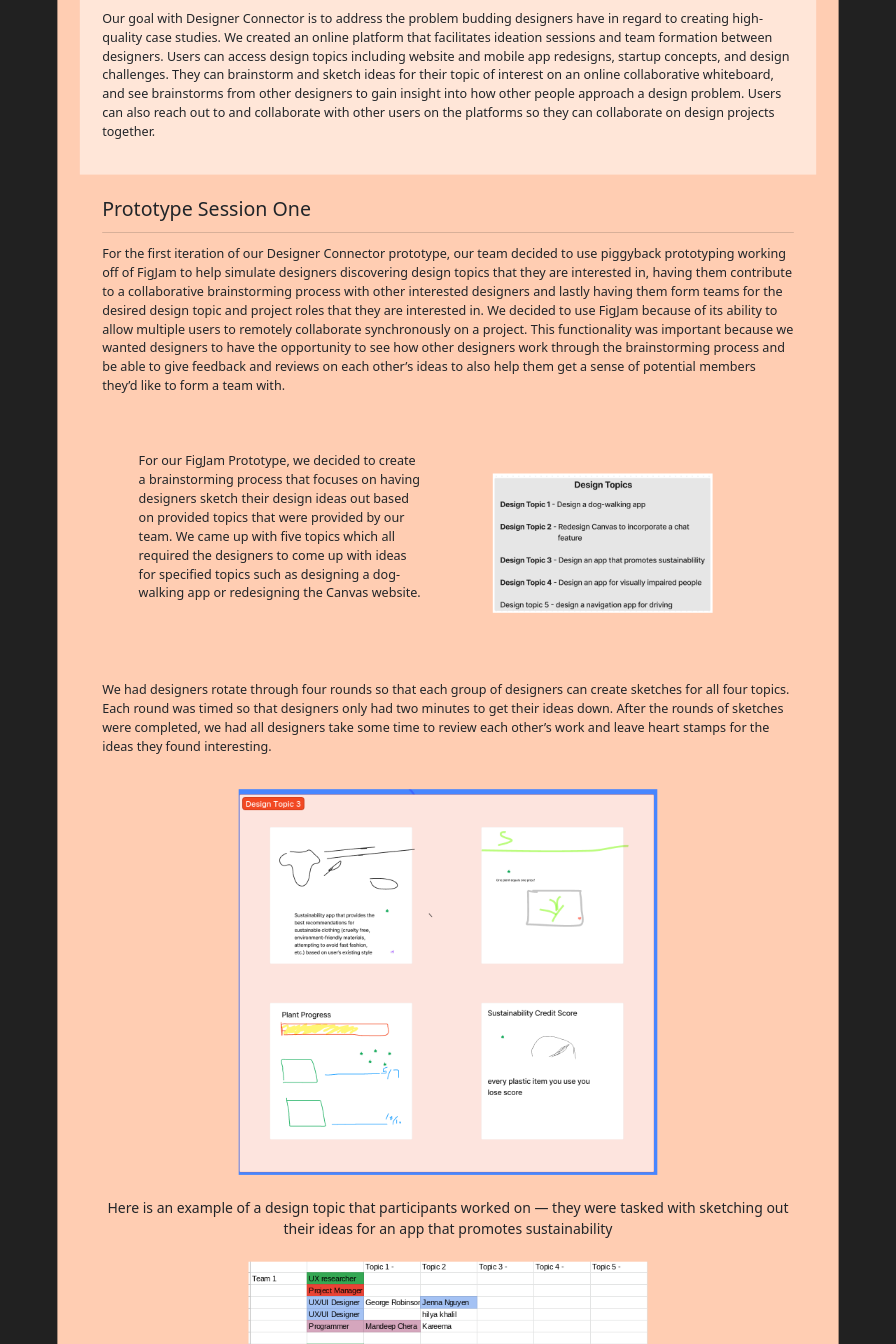
Repository: thais-chen/Portfolio
Page: designer.html
An editor plug-in stored every save of this project. The page is shown before and after a run of saves, followed by the edit.
The browser window is 1280 px wide. The pictures show the part of the page from y = 978 to 2898 px (the page is 10987 px tall), at 70% of full size.
A picture or video elsewhere on the page could not be fetched, so the positions and the page height are approximate.

Above is the page before, as saved 2022-06-22 19:20:05.

After the next 2 saves:
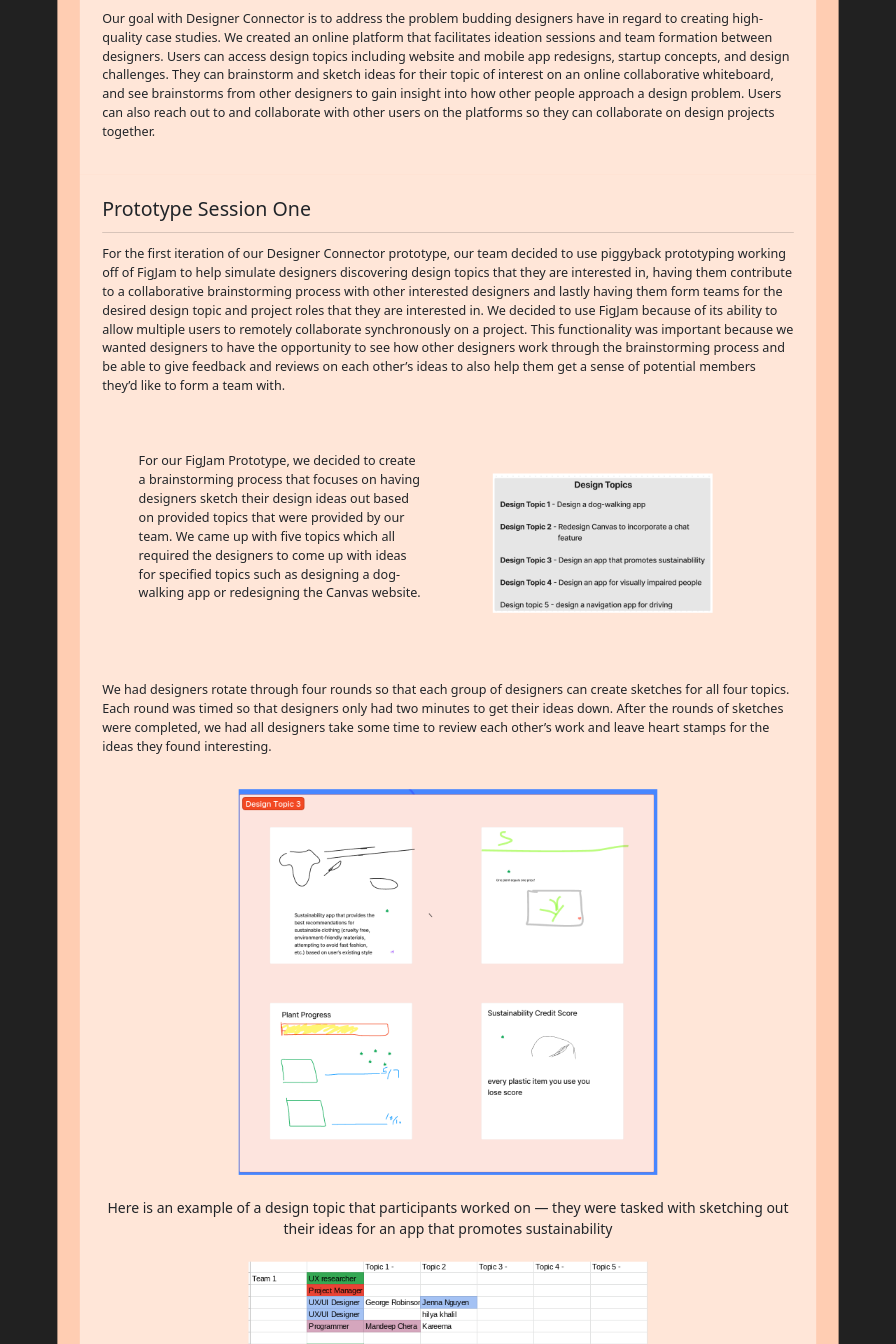
The 2 saves are shown as one change because they came seconds apart.
The last was saved 10 s later.
--- a/designer.html
+++ b/designer.html
@@ -65,7 +65,7 @@
                 Our goal with Designer Connector is to address the problem budding designers have in regard to creating high-quality case studies. We created an online platform that facilitates ideation sessions and team formation between designers. Users can access design topics including website and mobile app redesigns, startup concepts, and design challenges. They can brainstorm and sketch ideas for their topic of interest on an online collaborative whiteboard, and see brainstorms from other designers to gain insight into how other people approach a design problem. Users can also reach out to and collaborate with other users on the platforms so they can collaborate on design projects together.
             </p>
         </div>
-            <div class="proto-one">
+            <div class="proto-one setting-prob">
                 <h3>Prototype Session One</h3>
                 <hr>
                 <p>
